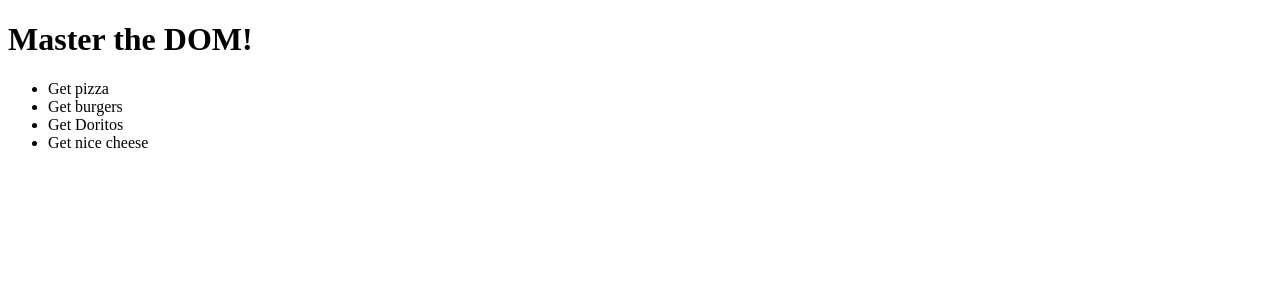
Repository: glgeorgiou/100-days-of-code-projects
Page: DOM Testing/2-2.html
These files come from the project's save history. The page is drawn as it stood at one moment and after the next save; the edit follows.
The browser window is 1280 px wide. The pictures show the whole page.

Above is the page before, as saved 2020-04-14 16:18:22.

### DOM Testing/2-2.html
<!DOCTYPE html>
<html lang="en">
<head>
    <title>Master the DOM! - Change the DOM</title>
  </head>
<body>
    <h1>Master the DOM!</h1>
    <ul>
        <li>Get pizza</li>
        <li>Get burgers</li>
        <li>Get Doritos</li>
    </ul>
    <script src="2-2.js"></script>
  </body>
</html>

### DOM Testing/2-2.js
/**
 * Source: https://medium.com/@timothyrobards/javascript-fundamentals-master-the-dom-part-2-bef36405598e
 */

 //Create a new dom list element
 list = document.querySelector('ul');
 newItem = document.createElement('li');
 newItem.textContent = 'Get nice cheese'
 list.appendChild(newItem);

After the next save:
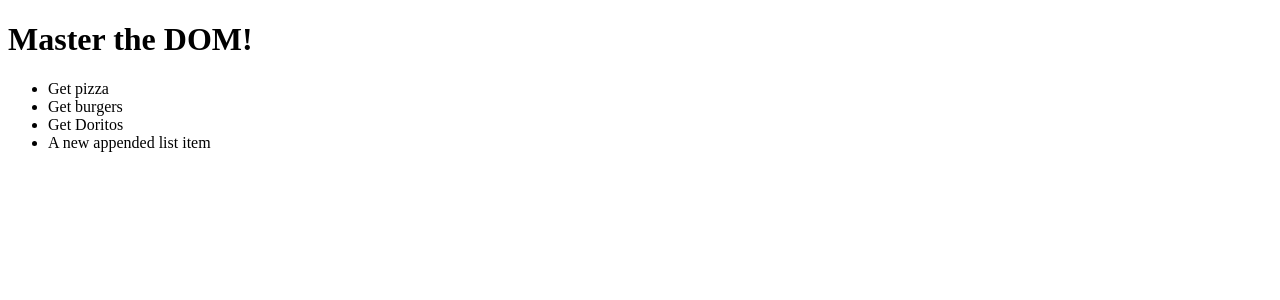
Saved 11 s later.
--- a/DOM Testing/2-2.js
+++ b/DOM Testing/2-2.js
@@ -5,5 +5,5 @@
  //Create a new dom list element
  list = document.querySelector('ul');
  newItem = document.createElement('li');
- newItem.textContent = 'Get nice cheese'
+ newItem.textContent = 'A new appended list item'
  list.appendChild(newItem);
